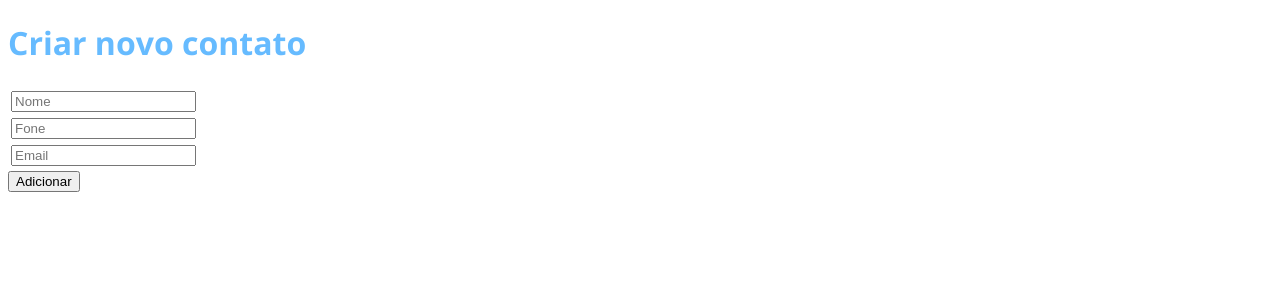
Repository: sergiotales1/agendactt-java
Page: agenda/src/main/webapp/novo.html
These files come from the project's save history. The page is drawn as it stood at one moment and after the next save; the edit follows.
The browser window is 1280 px wide. The pictures show the whole page.

Above is the page before, as saved 2023-11-25 18:41:14.

After the next save:
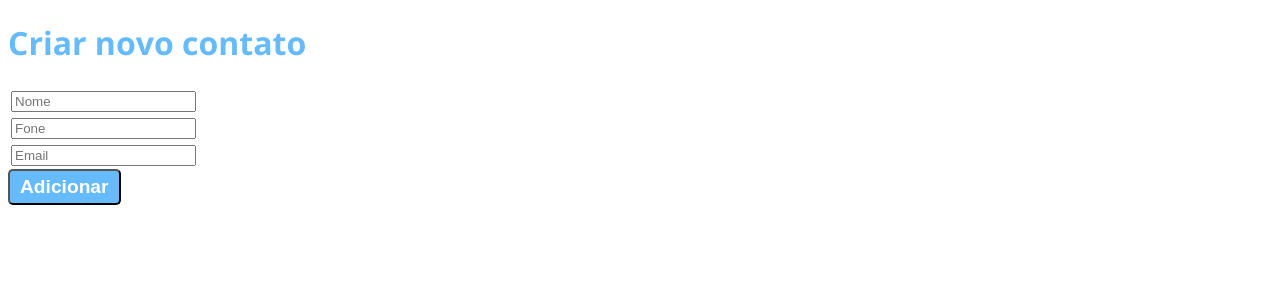
Saved 3 min 37 s later.
--- a/agenda/src/main/webapp/novo.html
+++ b/agenda/src/main/webapp/novo.html
@@ -13,17 +13,17 @@
 	<form name="frmContato" action="">
 		<table>
 			<tr>
-				<td><input type="text" name="nome" placeholder="Nome"></td>
+				<td><input type="text" name="nome" placeholder="Nome" class="Caixa1"></td>
 			</tr>
 			<tr>
 
 				<td><input type="text" name="fone" placeholder="Fone"></td>
 			</tr>
 			<tr>
-				<td><input type="text" name="email" placeholder="Email"></td>
+				<td><input type="text" name="email" placeholder="Email" class="Caixa1"></td>
 			</tr>
 		</table>
-		<input type="button" value="Adicionar">
+		<input class="Botao1" type="button" value="Adicionar">
 	</form>
 </body>
 
